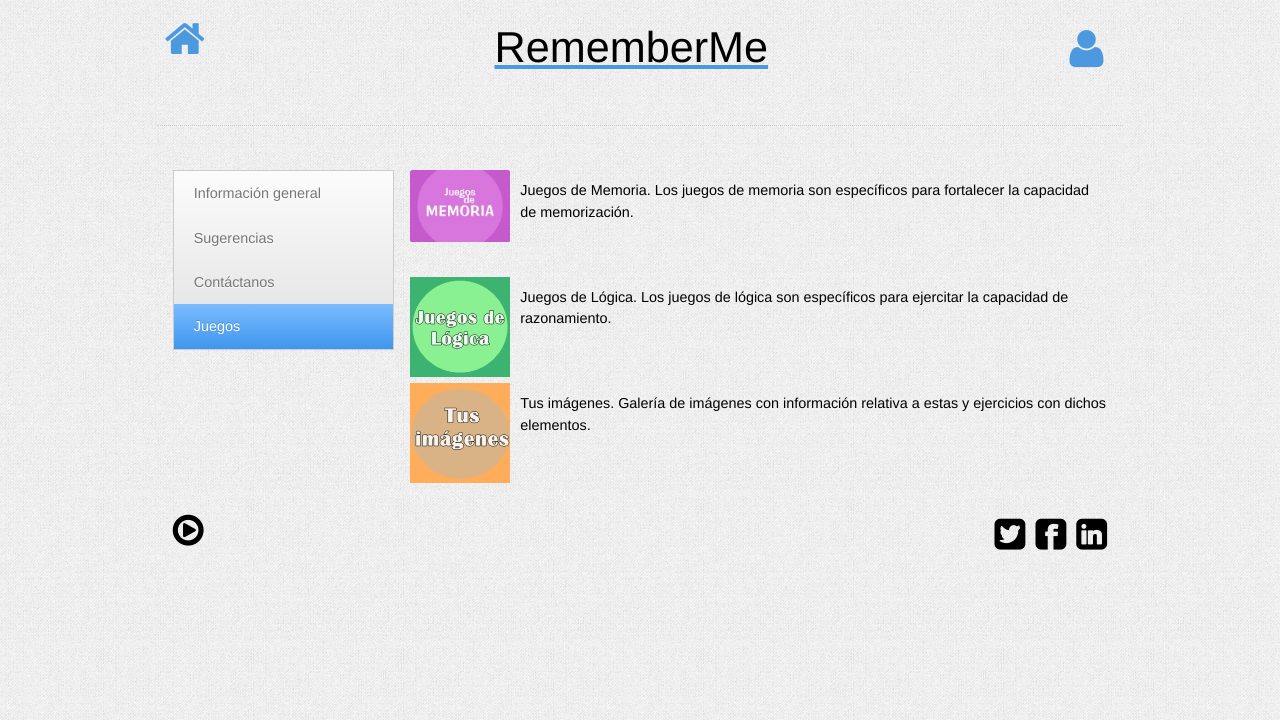
Repository: SCeruso/RememberMe
Page: contenidojuegos.html
The author's editor kept a record of every edit. The page is drawn from the files as they stood at one moment, then again after the next edit.
The browser window is 1280 px wide. The pictures show the whole page.
Some web libraries are served in a nearby version.

Above is the page before.

After the next edit:
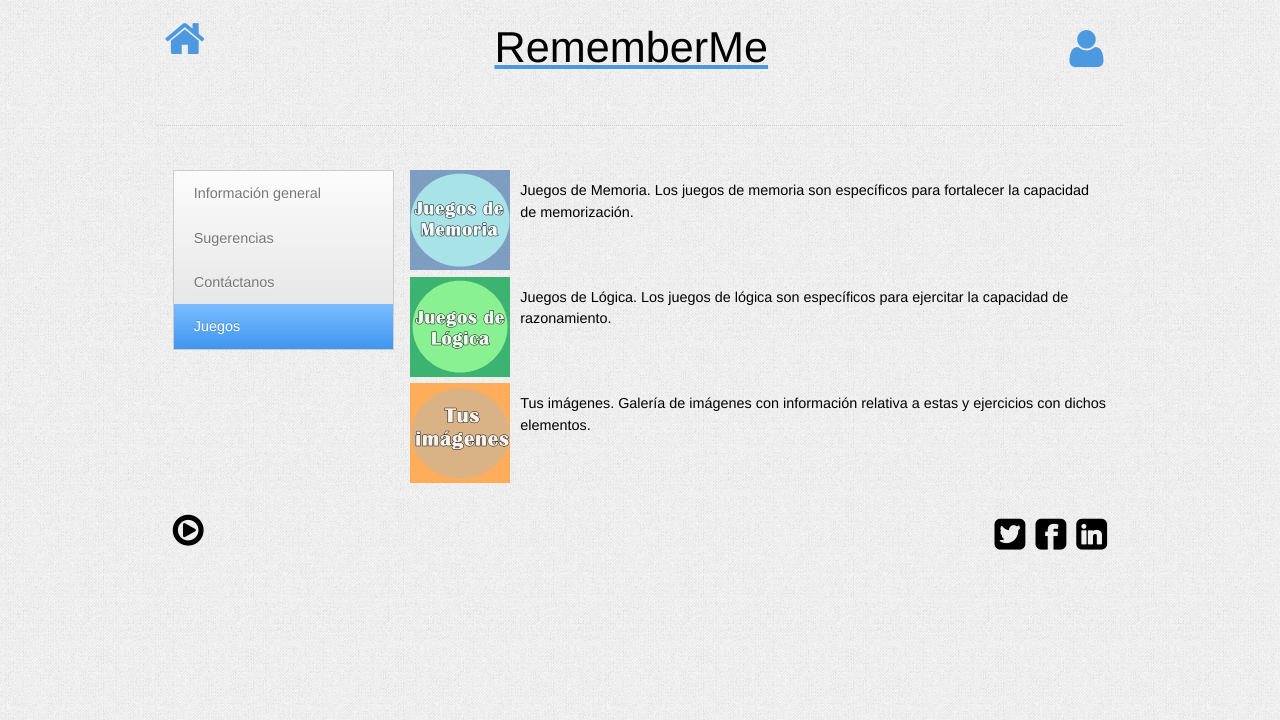
The edit:
--- a/contenidojuegos.html
+++ b/contenidojuegos.html
@@ -42,7 +42,7 @@
 		</ul>
 		</div>
 	<div class="col_9">
-	<img class="align-left" src="memoria.jpg" width="100" height="100" />
+	<img class="align-left" src="memo.jpg" width="100" height="100" />
 	<p>Juegos de Memoria.
 	Los juegos de memoria son específicos para fortalecer la capacidad de memorización.
 	</p>
